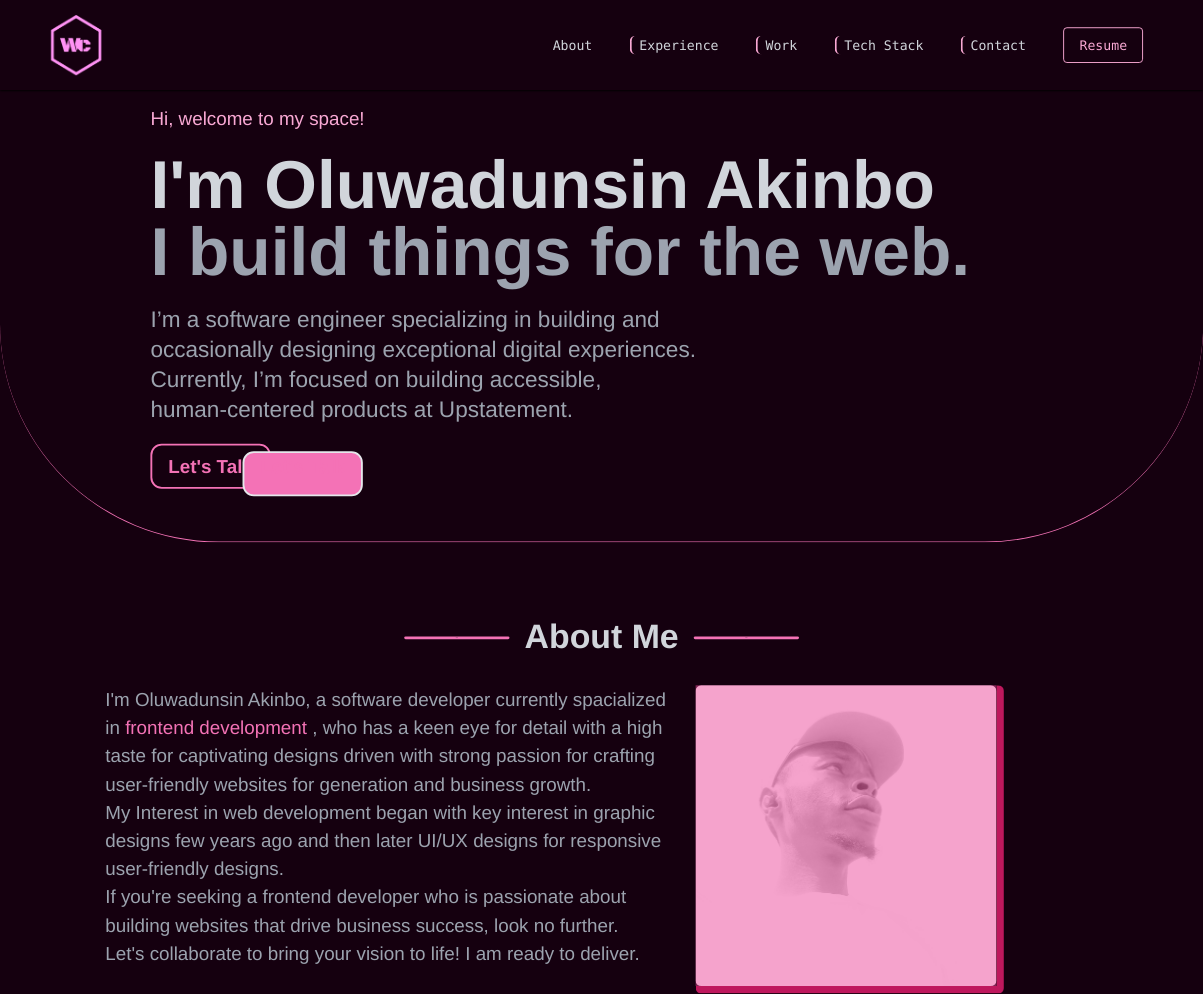
Repository: EmmyDunny1/myPortfolio
Page: / (app in MyPortfolio/)
An editor plug-in stored every save of this project. The page is shown before and after the next save, followed by the edit.
The browser window is 1280 px wide. The pictures show the whole page, at 94% of full size.
The project was rebuilt for these pictures with package versions that can differ from the ones it lists, and the page was loaded fresh each time. Also part of the build but not shown: MyPortfolio/vite.config.js.

Above is the page before, as saved 2025-01-14 20:53:25.

### MyPortfolio/index.html
<!doctype html>
<html lang="en">
  <head>
    <meta charset="UTF-8" />
    <link rel="icon" type="image/svg+xml" href="/vite.svg" />
    <meta name="viewport" content="width=device-width, initial-scale=1.0" />
    <title>My Portfolio Website</title>
  </head>
  <body>
    <div id="root"></div>
    <script type="module" src="/src/main.jsx"></script>
  </body>
</html>

### MyPortfolio/src/index.css
@tailwind base;
@tailwind components;
@tailwind utilities;


body{

    max-width: 90rem;
  /* margin-left: 2rem;
  margin-right: 2rem; */
  background:   rgb(21, 0, 15);
  font-family: "Helvetica Neue";
  }

  img {
    width: 12rem;
    height: 7rem;
  }

  p{ font-size: 14px

  }

### MyPortfolio/src/App.jsx
import React from 'react'
import Navbar from './components/Navbar'
import HeroSection from './components/HeroSection'
import AboutMe from './components/AboutMe'
const App = () => {
  return (
    <div>
    <div className=''> <Navbar/> </div>
    <div className='mt-[7rem] border-b border-solid border-pink-400 rounded-full pb-[3rem]'><HeroSection/> </div>
    <div className=''><AboutMe/></div>

    </div>
  )
}

export default App

### MyPortfolio/src/components/Navbar.jsx
import React from 'react'
import WEBCANIC from '../assets/WEBCANIC.png'

const Navbar = () => {
  return (
    <nav className="fixed top-0 left-0 w-full bg-dark-navy shadow-sm  shadow-black text-gray-300 z-10">
    <div className=" flex items-center justify-between py-4 mx-[4rem]">
      <div className="flex items-center">

          <img src={WEBCANIC} className='h-[4rem] w-[4rem] object-cover ml-[-10px]'  alt="" />

      </div>
      <div className="flex items-center space-x-8 ">
        <a
          href="#about"
          className="hover:text-green text-sm font-mono  border-solid border-pink-300 rounded-md px-2 ">
          <div>  </div>  About
        </a>
        <a
          href="#experience"
          className="hover:text-green text-sm font-mono border-l-2 border-solid border-pink-300 rounded-md px-2">
           Experience
        </a>
        <a
          href="#work"
          className="hover:text-green text-sm font-mono border-l-2 border-solid border-pink-300 rounded-md px-2">
           Work
        </a>
        <a
          href="#work"
          className="hover:text-green text-sm font-mono border-l-2 border-solid border-pink-300 rounded-md px-2">
           Tech Stack
        </a>
        <a
          href="#contact"
          className="hover:text-green text-sm font-mono border-l-2 border-solid border-pink-300 rounded-md px-2">
           Contact
        </a>
        <a
          href="/resume.pdf"
          download
          className="border border-green text-pink-300 px-4 py-2 rounded text-sm font-mono hover:bg-green hover:text-dark-navy hover:shadow-sm hover:shadow-gray-300 hover:border-gray-300 hover:text-gray-300 transition border-pink-300">
          Resume
        </a>
      </div>
    </div>
  </nav>
  )
}

export default Navbar

### MyPortfolio/src/components/HeroSection.jsx
import React from 'react'

const HeroSection = () => {
  return (
    <div className='block mx-[10rem] '>

      <div className=''>
        <span className='text-pink-300 text-xl '>Hi, welcome to my space!</span>
        <h1 className='text-7xl text-gray-300 pt-5 font-bold '>I'm Oluwadunsin Akinbo</h1>
        <h2 className='text-7xl text-gray-400 font-bold'>I build things for the web.</h2>

        <p className='text-2xl text-gray-400 py-5'>I’m a software engineer specializing in building and <br />occasionally designing exceptional digital experiences. <br />Currently, I’m focused on building accessible,<br /> human-centered products at Upstatement.</p>


      </div>

<button className='h-[3rem] w-[8rem] border-solid border-pink-400 border-2 text-pink-400 text-xl font-bold rounded-xl z-10'>Let's Talk</button>

<button className='h-[3rem] w-[8rem] border-solid bg-pink-400 border-2 text-pink-400 text-xl font-bold rounded-xl pb-5 ml-[-30px] z-5'>Let's Talk</button>

    </div>
  )
}

export default HeroSection

### MyPortfolio/src/components/AboutMe.jsx
import React from 'react'
import { FiMinus } from 'react-icons/fi'
import myImage from '../assets/myImage.jpg'


const AboutMe = () => {
  return (
    <div className=' mx-[7rem] mt-[5rem]'>
      <div className='flex mx-auto justify-center align-center'>
      <FiMinus className='h-[2.5px] w-[7rem] mt-5 mr-4 rounded-2xl bg-pink-400'/>
        <h1 className='text-gray-300 text-4xl pb-[2rem] font-bold'>  About Me </h1>
         <FiMinus className='h-[2.5px] w-[7rem] mt-5 ml-4 rounded-2xl bg-pink-400'/>
      </div>
    <div className='flex gap-8'>
        <div className=''>
            <p className='text-gray-400 text-xl leading-normal justify-center '>I'm Oluwadunsin Akinbo, a software developer currently spacialized <br />in <span className='text-pink-400'>frontend development </span>
            , who has a keen eye for detail with a high <br />taste for captivating designs driven with strong passion for crafting <br />user-friendly websites for generation and business growth.
            <br />

               <span className='pt-10'>My Interest in web development began with key interest in graphic <br />designs few years ago and then later UI/UX designs for responsive <br />user-friendly designs.  </span>


              <br />If you're seeking a frontend developer who is passionate about <br /> building websites that drive business success, look no further.
<br />
              Let's collaborate to bring your vision to life! I am ready to deliver. </p>
        </div>
        <div className='  relative hover:translate-y-2 border-solid rounded-md border-pink-700 border-r-8 border-b-8 hover:translate-x-2 transition duration-300 '>
            <img src={myImage} alt="my picture" className='object-cover h-[20rem] w-[20rem] items-center   transition-transform rounded-md ' />
        <div className='absolute inset-0 bg-pink-500 hover:bg-gray-600 opacity-50 hover:opacity-30 '>
         </div>

         {/* <div className=' h-[20rem] w-[20rem] border-solid border-pink-500 pt-10'></div> */}
        </div>

    </div>

    </div>
  )
}

export default AboutMe

Loaded but not shown: MyPortfolio/src/main.jsx (common file); MyPortfolio/tailwind.config.js (common file)

After the next save:
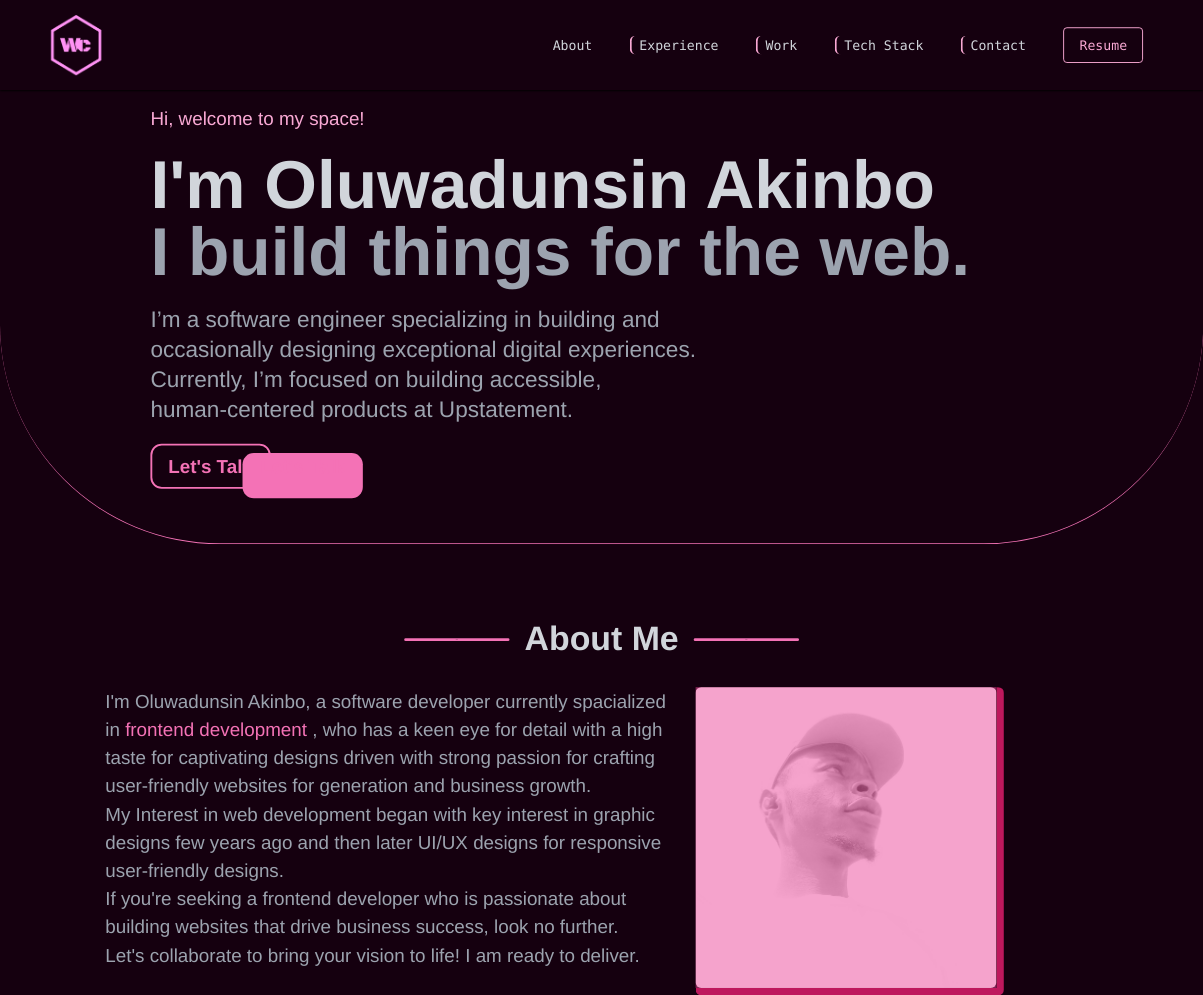
Saved 3 min 37 s later.
--- a/MyPortfolio/src/components/HeroSection.jsx
+++ b/MyPortfolio/src/components/HeroSection.jsx
@@ -16,7 +16,7 @@ const HeroSection = () => {
 
 <button className='h-[3rem] w-[8rem] border-solid border-pink-400 border-2 text-pink-400 text-xl font-bold rounded-xl z-10'>Let's Talk</button>
 
-<button className='h-[3rem] w-[8rem] border-solid bg-pink-400 border-2 text-pink-400 text-xl font-bold rounded-xl pb-5 ml-[-30px] z-5'>Let's Talk</button>
+<button className='h-[3rem] w-[8rem] border-solid bg-pink-400  text-pink-400 text-xl font-bold rounded-xl pb-5 ml-[-30px] z-5'>Let's Talk</button>
 
     </div>
   )
